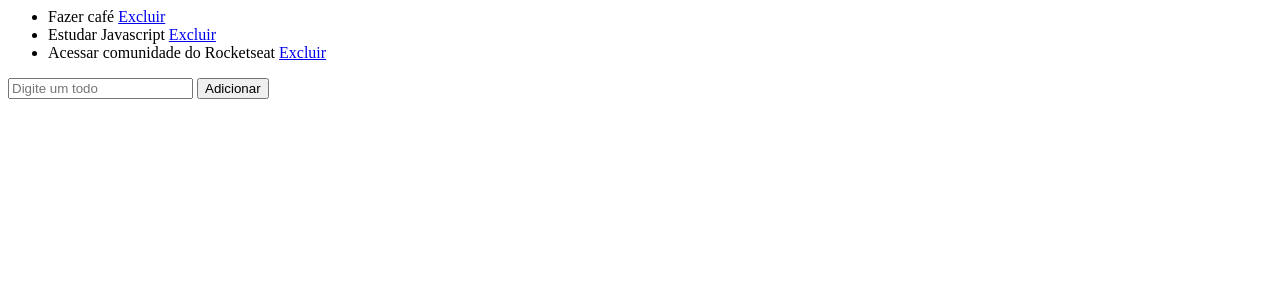
Repository: VictorAugustoBarros/Estudos
Page: javascript/Rocketseat/modulo3/index.html
These files come from the project's save history. The page is drawn as it stood at one moment and after the next save; the edit follows.
The browser window is 1280 px wide. The pictures show the whole page.

Above is the page before, as saved 2020-01-22 17:07:53.
Console error (its wording comes from the project's code and is left out).

### javascript/Rocketseat/modulo3/index.html
<html>
    <head>
        <meta charset="UTF-8">
        <title>Estudo Js</title>
    </head>
    <body>
        <div id="app">
            <ul>
                <li>Fazer café
                    <a href="#">Excluir</a>
                </li>
                <li>Estudar Javascript
                    <a href="#">Excluir</a>
                </li>
                <li>Acessar comunidade do Rocketseat
                    <a href="#">Excluir</a>
                </li>
            </ul>
            <input type="text" placeholder="Digite um todo">
            <button>Adicionar</button>
        </div>
    </body>
</html>

<script src="todos.js"></script>

### javascript/Rocketseat/modulo3/todos.js
var listElement =  document.querySelector("# app ul");
var inputElement = document.querySelector("# app input");
var buttonElement = document.querySelector("# app button");

After the next save:
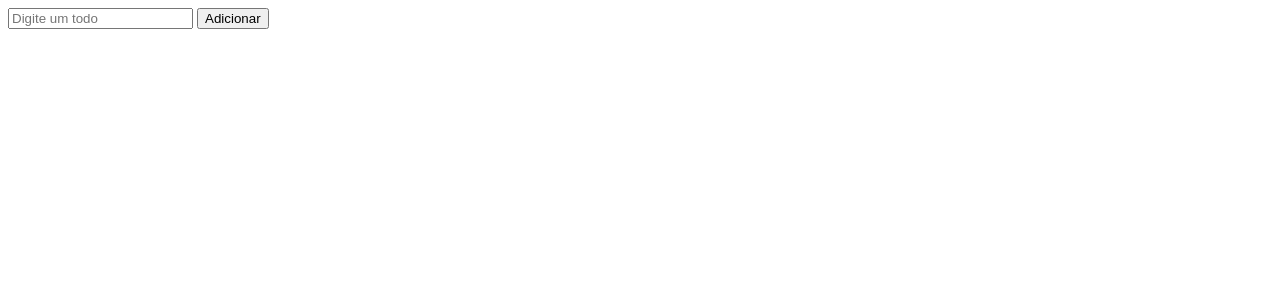
Saved 16 s later.
--- a/javascript/Rocketseat/modulo3/index.html
+++ b/javascript/Rocketseat/modulo3/index.html
@@ -6,15 +6,7 @@
     <body>
         <div id="app">
             <ul>
-                <li>Fazer café
-                    <a href="#">Excluir</a>
-                </li>
-                <li>Estudar Javascript
-                    <a href="#">Excluir</a>
-                </li>
-                <li>Acessar comunidade do Rocketseat
-                    <a href="#">Excluir</a>
-                </li>
+
             </ul>
             <input type="text" placeholder="Digite um todo">
             <button>Adicionar</button>
